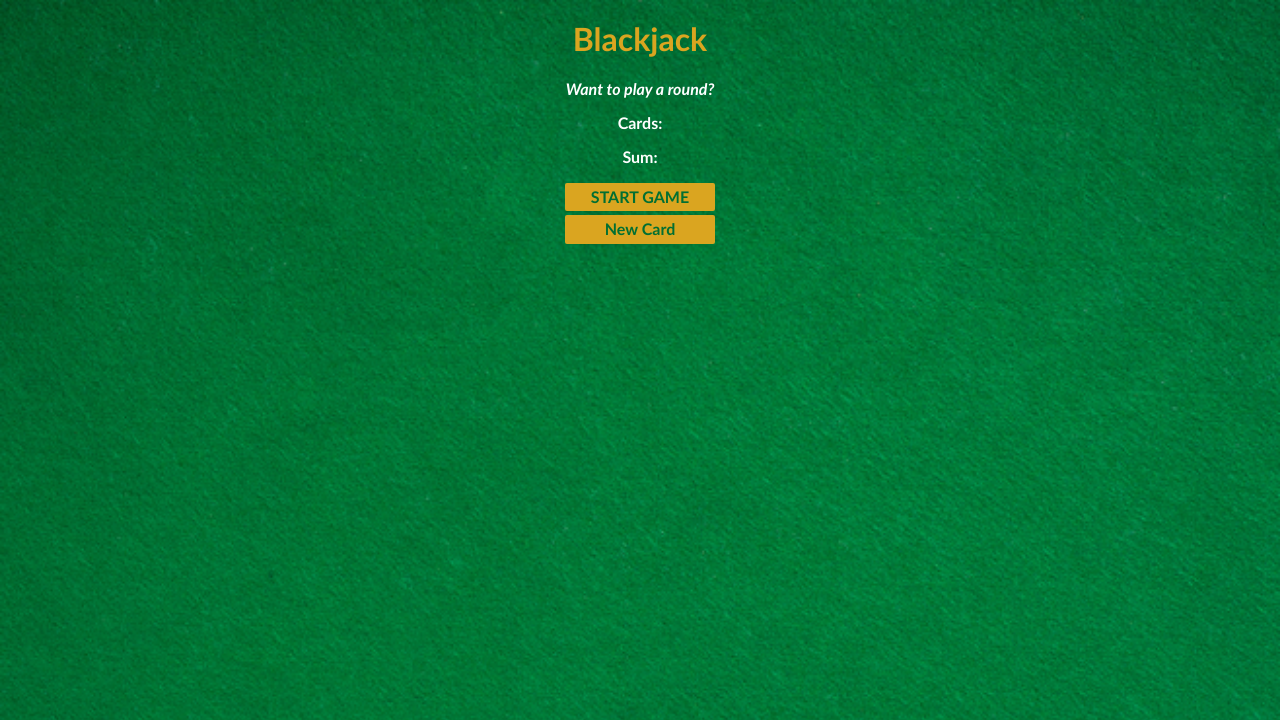
Repository: jt010051/JavaScriptBlackJack
Page: index.html
An editor plug-in stored every save of this project. The page is shown before and after the next save, followed by the edit.
The browser window is 1280 px wide. The pictures show the whole page.

Above is the page before, as saved 2022-02-26 18:37:29.

### index.html
<html>
    <head><link rel="stylesheet" href="https://cdnjs.cloudflare.com/ajax/libs/normalize/8.0.1/normalize.css">
        <link rel="stylesheet" href="index.css">
    </head>
    <body>
        <h1>Blackjack</h1>
        <p id="message-el">Want to play a round?</p>
        <p id="cards-el">Cards:</p>
        <p id="sum-el">Sum:</p>
        <button onclick="startGame()">START GAME</button>
        <button onclick="newCard()">New Card</button>

        <script src="index.js"></script>
    </body>
</html>

### index.css
/* Complete the CSS styling according to the provided design */

body {
  font-family: 'Trebuchet MS', 'Lucida Sans Unicode', 'Lucida Grande', 'Lucida Sans', Arial, sans-serif;
  background-image: url("images/table.png");
  background-size: cover;
  text-align: center;
  color: white;

  font-weight: bold;

}

h1 {
    color: goldenrod;
}

#message-el {
    font-style: italic;
}
button {
        display: block;
        margin: 0 auto;
        margin-bottom: 4px;
    color: #016f32;
    width: 150px;
    background: goldenrod;
    padding-top: 5px;
    padding-bottom: 5px;
    font-weight: bold;
    border: none;
    border-radius: 2px;
}

### index.js
let firstCard = 2;

let secondCard = 11 ;

let sum = firstCard+secondCard;

let hasBlackJack =false;
let isAlive = true;
let message =""
let messageEl = document.getElementById("message-el")
let sumEl = document.getElementById("sum-el")

let cardsEl = document.getElementById("cards-el")
function startGame(){
    cardsEl.textContent = "Cards: " +firstCard +" "+secondCard
    sumEl.textContent="Sum: " +sum

    if(sum <= 20){

        message = "Do you want to draw a new Card?";
        }
        else if (sum === 21){
            message ="Wohoo! You've got Blackjack!";
        hasBlackJack = true
        }
        else{
            message ="Youre out of the game!";
            isAlive =false;
        }
messageEl.textContent=message
}

function newCard(){
console.log("Drawing a new card from the deck")

}

After the next save:
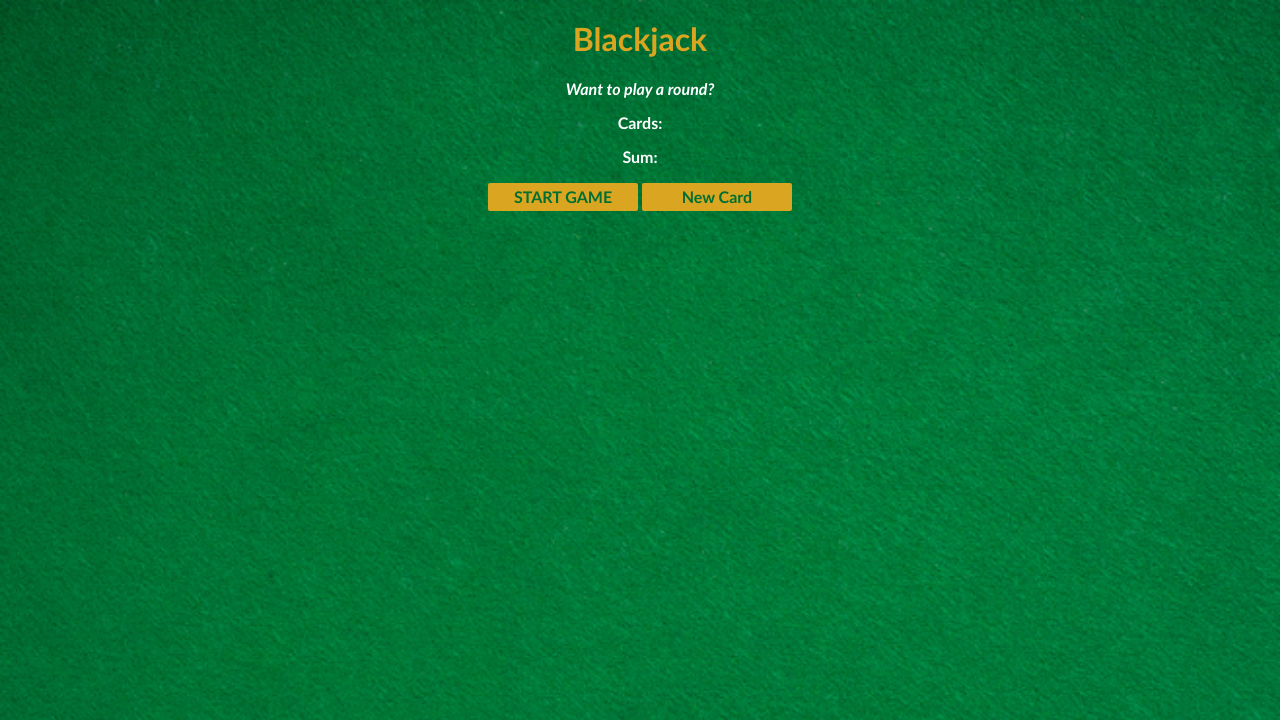
Saved 31 s later.
--- a/index.css
+++ b/index.css
@@ -19,7 +19,6 @@
     font-style: italic;
 }
 button {
-        display: block;
         margin: 0 auto;
         margin-bottom: 4px;
     color: #016f32;

After the save that followed:
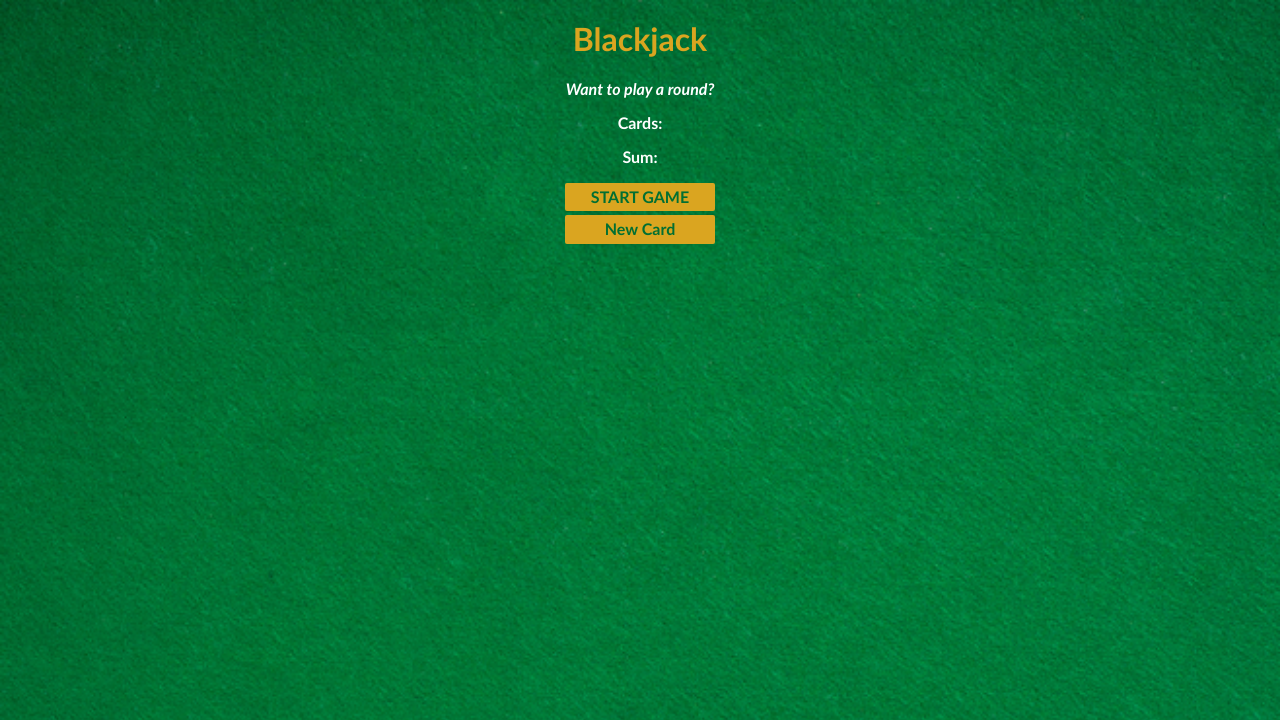
Saved 8 s later.
--- a/index.css
+++ b/index.css
@@ -19,6 +19,7 @@
     font-style: italic;
 }
 button {
+        display: block;
         margin: 0 auto;
         margin-bottom: 4px;
     color: #016f32;
